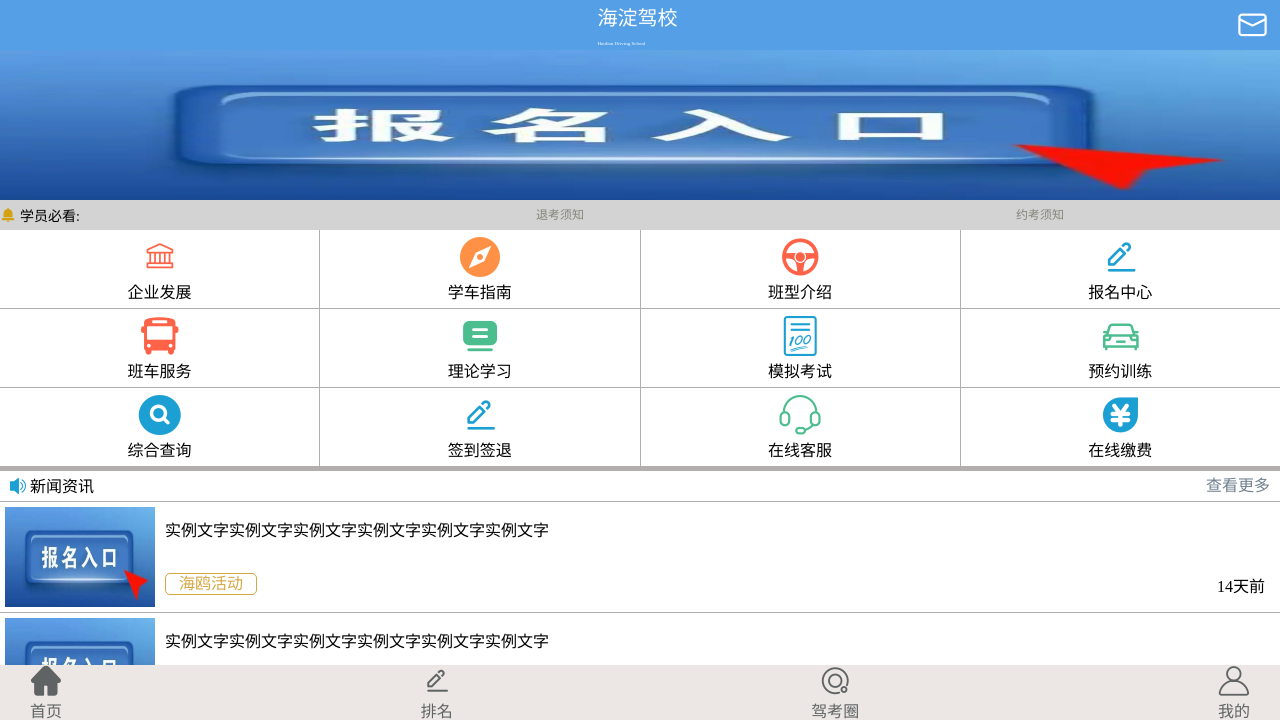
Repository: A1LExX/H5_study_set
Page: day15/作业/海淀驾校/驾校.html
These files come from the project's save history. The page is drawn as it stood at one moment and after the next save; the edit follows.
The browser window is 1280 px wide. The pictures show the whole page.
An inner scrolling area shows only its first screen. Some web fonts or font styles are not loaded; a fallback is used.

Above is the page before, as saved 2021-07-12 16:06:09.

### day15/作业/海淀驾校/驾校.html
<!DOCTYPE html>
<html lang="en">

<head>
    <meta charset="UTF-8">
    <meta http-equiv="X-UA-Compatible" content="IE=edge">
    <meta name="viewport" content="width=device-width, initial-scale=1.0">
    <!-- 引入当前页面的图标 -->
    <link rel="stylesheet" href="./css/iconfont.css">
    <!-- 引入当前页面样式表 -->
    <link rel="stylesheet" href="./css/jiaxiao.css">
    <!-- 引入移动端自适应js -->
    <script src="./js/rem.js"></script>
    <title>Document</title>
    <style>
        /* 字体引入 */
        @font-face {
            font-family: 'webfont';
            font-display: swap;
            src: url('./fonts/Muyao-Softbrush.ttf')
                /* chrome、firefox、opera、Safari, Android, iOS 4.2+*/
        }

        .web-font {
            font-family: "webfont" !important;
            font-size: 0.2rem;
            color: white;
            font-style: normal;
            -webkit-font-smoothing: antialiased;
            -moz-osx-font-smoothing: grayscale;
        }
    </style>
</head>

<body>
    <!-- 外部盒子 -->
    <div id="outside">
        <!-- 顶部页眉 -->
        <div id="top">
            <div></div>
            <div class="title">
                <span class="web-font b">海淀驾校</span>
                <span class="fontColorTiltle">Haidian Driving School</span>
            </div>
            <div class="message"><span class="iconfont icon-youxiang white"></span></div>
        </div>
        <!-- 中间内容 -->
        <div id="mid">
            <div class="banner"><img src="./images/banner.webp" alt=""></div>
            <div class="tips">
                <div class="tipsLeft">
                    <span class="iconfont icon-lingdang"></span>
                    <span class="fontH">学员必看:</span>
                </div>
                <div class="tipsRight">
                    <div>退考须知</div>
                    <div>约考须知</div>
                </div>
            </div>
            <div class="nav">
                <div class="line">
                    <div>
                        <span class="icon iconfont icon-zhengfu-01"></span>
                        <span class="navFont">企业发展</span>
                    </div>
                    <div>
                        <span class="icon iconfont icon-zhinanzhen"></span>
                        <span class="navFont">学车指南</span>
                    </div>
                    <div>
                        <span class="icon iconfont icon-fangxiangpan1"></span>
                        <span class="navFont">班型介绍</span>
                    </div>
                    <div>
                        <span class="icon iconfont icon-shuxie"></span>
                        <span class="navFont">报名中心</span>
                    </div>
                </div>
                <div class="line">
                    <div>
                        <span class="icon iconfont icon-gongjiaoche"></span>
                        <span class="navFont">班车服务</span>
                    </div>
                    <div>
                        <span class="icon iconfont icon-diannao"></span>
                        <span class="navFont">理论学习</span>
                    </div>
                    <div>
                        <span class="icon iconfont icon-kaoshi"></span>
                        <span class="navFont">模拟考试</span>
                    </div>
                    <div>
                        <span class="icon iconfont icon-qiche"></span>
                        <span class="navFont">预约训练</span>
                    </div>
                </div>
                <div class="line">
                    <div>
                        <span class="icon iconfont icon-sousuo"></span>
                        <span class="navFont">综合查询</span>
                    </div>
                    <div>
                        <span class="icon iconfont icon-shuxie"></span>
                        <span class="navFont">签到签退</span>
                    </div>
                    <div>
                        <span class="icon iconfont icon-kefu"></span>
                        <span class="navFont">在线客服</span>
                    </div>
                    <div>
                        <span class="icon iconfont icon-jiaofei"></span>
                        <span class="navFont">在线缴费</span>
                    </div>
                </div>
            </div>
            <div class="tipsDown">
                <div class="tipsDownLeft">
                    <span class="iconfont icon-tongzhi"></span>
                    <span class="fontDownH">新闻资讯</span>
                </div>
                <div class="tipsDownRight">
                    <div>查看更多</div>
                </div>


            </div>
            <div class="news">
                <div class="lineNews">
                    <div class="newsImg"><img src="./images/banner.webp" alt=""></div>
                    <div class="newsWord">
                        <div class="newsTitle">实例文字实例文字实例文字实例文字实例文字实例文字</div>
                        <div class="tags">
                            <div>海鸥活动</div>
                            <div>14天前</div>
                        </div>
                    </div>
                </div>
                <div class="lineNews">
                    <div class="newsImg"><img src="./images/banner.webp" alt=""></div>
                    <div class="newsWord">
                        <div class="newsTitle">实例文字实例文字实例文字实例文字实例文字实例文字</div>
                        <div class="tags">
                            <div>海鸥活动</div>
                            <div>14天前</div>
                        </div>
                    </div>
                </div>
                <div class="lineNews">
                    <div class="newsImg"><img src="./images/banner.webp" alt=""></div>
                    <div class="newsWord">
                        <div class="newsTitle">实例文字实例文字实例文字实例文字实例文字实例文字</div>
                        <div class="tags">
                            <div>海鸥活动</div>
                            <div>14天前</div>
                        </div>
                    </div>
                </div>
                <div class="lineNews">
                    <div class="newsImg"><img src="./images/banner.webp" alt=""></div>
                    <div class="newsWord">
                        <div class="newsTitle">实例文字实例文字实例文字实例文字实例文字实例文字</div>
                        <div class="tags">
                            <div>海鸥活动</div>
                            <div>14天前</div>
                        </div>
                    </div>
                </div>
                <div class="lineNews">
                    <div class="newsImg"><img src="./images/banner.webp" alt=""></div>
                    <div class="newsWord">
                        <div class="newsTitle">实例文字实例文字实例文字实例文字实例文字实例文字</div>
                        <div class="tags">
                            <div>海鸥活动</div>
                            <div>14天前</div>
                        </div>
                    </div>
                </div>
                <div class="lineNews">
                    <div class="newsImg"><img src="./images/banner.webp" alt=""></div>
                    <div class="newsWord">
                        <div class="newsTitle">实例文字实例文字实例文字实例文字实例文字实例文字</div>
                        <div class="tags">
                            <div>海鸥活动</div>
                            <div>14天前</div>
                        </div>
                    </div>
                </div>
                <div class="lineNews">
                    <div class="newsImg"><img src="./images/banner.webp" alt=""></div>
                    <div class="newsWord">
                        <div class="newsTitle">实例文字实例文字实例文字实例文字实例文字实例文字</div>
                        <div class="tags">
                            <div>海鸥活动</div>
                            <div>14天前</div>
                        </div>
                    </div>
                </div>
                <div class="lineNews">
                    <div class="newsImg"><img src="./images/banner.webp" alt=""></div>
                    <div class="newsWord">
                        <div class="newsTitle">实例文字实例文字实例文字实例文字实例文字实例文字</div>
                        <div class="tags">
                            <div>海鸥活动</div>
                            <div>14天前</div>
                        </div>
                    </div>
                </div>
            </div>
        </div>
        <!-- 底部菜单 -->
        <div id="footer">
            <div class="bi">
                <span class="iconfont icon-shouye c1"></span>
                <span>首页</span>
            </div>
            <div class="bi">
                <span class="iconfont icon-shuxie c1"></span>
                <span>排名</span>
            </div>
            <div class="bi">
                <span class="iconfont icon-quanzi c1"></span>
                <span>驾考圈</span>
            </div>
            <div class="bi">
                <span class="iconfont icon-wode c1"></span>
                <span>我的</span>
            </div>
        </div>
    </div>

</body>

</html>

### day15/作业/海淀驾校/css/iconfont.css
@font-face {
  font-family: "iconfont"; /* Project id  */
  src: url('iconfont.ttf?t=1625998650876') format('truetype');
}

.iconfont {
  font-family: "iconfont" !important;
  font-size: 16px;
  font-style: normal;
  -webkit-font-smoothing: antialiased;
  -moz-osx-font-smoothing: grayscale;
}

.icon-fangxiangpan1:before {
  content: "\e649";
}

.icon-gongjiaoche:before {
  content: "\e74e";
}

.icon-jiaofei:before {
  content: "\e64e";
}

.icon-diannao:before {
  content: "\e630";
}

.icon-youxiang:before {
  content: "\e65e";
}

.icon-kefu:before {
  content: "\e601";
}

.icon-qiche:before {
  content: "\ec6d";
}

.icon-qiandao:before {
  content: "\e6e5";
}

.icon-zhinanzhen:before {
  content: "\e88c";
}

.icon-shuxie:before {
  content: "\e638";
}

.icon-tongzhi:before {
  content: "\e6dc";
}

.icon-quanzi:before {
  content: "\e7b3";
}

.icon-sousuo:before {
  content: "\e653";
}

.icon-zhengfu-01:before {
  content: "\e616";
}

.icon-wode:before {
  content: "\e6d9";
}

.icon-lingdang:before {
  content: "\e613";
}

.icon-shouye:before {
  content: "\e503";
}

.icon-kaoshi:before {
  content: "\e622";
}

### day15/作业/海淀驾校/css/jiaxiao.css
*{
    padding: 0;
    margin: 0;
}

body,html{
    width: 100%;
    height: 100%;
}

/* 强制换行 */
.fontColorTiltle{
    font-size: 0.05rem;
    color: white;
}

.b{
    text-align-last: justify;
    text-align: justify;
    display: block;
    font-size: 0.16rem;
}

/* 白色 */
.white{
    color: white;
    font-size: 0.35rem;
    margin-right: 0.1rem;
}

/* 外部盒子 */
#outside{
    display: flex;
    height: 100%;
    flex-direction: column;
}

/* 弹性整体布局 */
#top{
    height: 0.5rem;
    background-color: #549fe6;
    display: flex;
    justify-content: space-between;
}

.title{
    font-size: 0.16rem;
    margin-left: 0.4rem;
    align-self: center;
}

.message{
    font-size: 0.16rem;
    align-self: center;
    /* flex: 1; */
    /* align-content: flex-end; */
}

#mid{
    flex: 1;
    overflow: auto;
}

#mid .banner{
    width: 100%;
    height: 1.5rem;
}

#mid .banner img{
    width: 100%;
    height: 100%;
}

#mid .tips{
    height: 0.3rem;
    background-color: #d3d3d3;
    line-height: 0.3rem;
    display: flex;
    justify-content: space-evenly;
}

.fontH{
    font-size: 0.14rem;
}

.tipsLeft{
    width: 25%;
    text-align: left;
}

.tipsRight{
    width: 75%;
    display: inline-flex;
    /* display: flex; */
    justify-content: space-around;
    text-align: center;
    color: rgb(133, 133, 123);
    font-size: 0.12rem;
}
.tipsRight div{
    flex: 1;
}

#mid .tips .icon-lingdang{
    color: rgb(212, 161, 18);
}

.nav{
    display: flex;
    flex-direction: column;
    justify-content: space-evenly;
    background-color: rgb(179, 174, 174);
}

.line{
    display: flex;
    justify-content: space-evenly;
}

.line div{
    margin-right: 0.01rem;
    margin-bottom: 0.01rem;
    background-color: white;
    flex: 1;
    padding: 0.05rem;
    text-align: center;
}

.line div:hover{
    background-color: rosybrown;
}

.icon{
    font-size: 0.4rem;
    text-align: center;
}

.line div:last-child{
    margin-right: 0rem;
}

.line:last-child div{
    margin-bottom: 0.05rem;
}

.navFont{
    display: block;
}

.icon-zhengfu-01{
    color: tomato;
}

.icon-zhinanzhen{
    color: rgb(255, 145, 71);
}

.icon-fangxiangpan1 ,.icon-gongjiaoche ,.icon-shuxie{
    color:tomato;
}

.icon-shuxie, .icon-kaoshi ,.icon-sousuo ,.icon-jiaofei{
    color: rgb(28, 160, 212);
}

.icon-diannao ,.icon-qiche ,.icon-kefu{
    color: rgb(76, 189, 142);
}

.tipsDown{
    display: flex;
    justify-content: space-between;
    height: 0.3rem;
    line-height: 0.3rem;
    border-bottom: 0.01rem solid rgb(179, 174, 174) ;
}

.icon-tongzhi{
    color: rgb(28, 160, 212);
}

.tipsDownLeft{
    margin-left: 0.1rem;
}

.tipsDownRight{
    margin-right: 0.1rem;
    color: slategray;
}

.news{
    display: flex;
    flex-direction: column;
}

.lineNews{
    display: flex;
    padding: 0.05rem;
    border-bottom: 0.01rem solid rgb(179, 174, 174);
    height: 1rem;
    justify-content: space-between;
}

.news .lineNews:last-child{
    border-bottom: 0rem;
}

.newsImg{
    height: 1rem;
    width: 1.5rem;
}
.newsImg img{
    width: 100%;
    height: 100%;
}

.newsWord{
    flex: 75%;
    padding: 0.1rem;
    display: flex;
    flex-direction: column;
    justify-content: space-between;
}

.newsTitle{
    font-size: 0.16rem;
}

.tags{
    display: flex;
    justify-content: space-between;
}

.tags div:first-child{
    width: 0.9rem;
    height: 0.2rem;
    border-radius: 0.05rem;
    border: 0.01rem solid #d4a744;
    color: #d4a744;
    line-height: 0.2rem;
    text-align: center;
}

#footer{
    height: 0.55rem;
    background-color: rgb(236, 231, 229);
    display: flex;
    justify-content: space-between;
}

.bi:first-child{
    margin-left: 0.3rem;
}

.bi:last-child{
    margin-right: 0.3rem;
}

.c1{
    color: rgb(95, 99, 99);
    text-align: center;
    font-size: 0.3rem;
}

.bi{
    color: rgb(95, 99, 99);
    text-align: center;
}

.bi span:last-child{
    display: block;
}

### day15/作业/海淀驾校/js/rem.js
//designWidth:设计稿的实际宽度值，需要根据实际设置
//maxWidth:制作稿的最大宽度值，需要根据实际设置
//这段js的最后面有两个参数记得要设置，一个为设计稿实际宽度，一个为制作稿最大宽度，例如设计稿为750，最大宽度为750，则为(750,750)
;(function(designWidth, maxWidth) {
	var doc = document,
	win = window,
	docEl = doc.documentElement,
	remStyle = document.createElement("style"),
	tid;

	function refreshRem() {
		var width = docEl.getBoundingClientRect().width;
		maxWidth = maxWidth || 540;
		width>maxWidth && (width=maxWidth);
		//屏幕宽度 * 100 / 设计稿宽度
		var rem = width * 100 / designWidth;
		remStyle.innerHTML = 'html{font-size:' + rem + 'px;}';
	}

	if (docEl.firstElementChild) {
		docEl.firstElementChild.appendChild(remStyle);
	} else {
		var wrap = doc.createElement("div");
		wrap.appendChild(remStyle);
		doc.write(wrap.innerHTML);
		wrap = null;
	}
	//要等 wiewport 设置好后才能执行 refreshRem，不然 refreshRem 会执行2次；
	refreshRem();

	win.addEventListener("resize", function() {
		clearTimeout(tid); //防止执行两次
		tid = setTimeout(refreshRem, 300);
	}, false);

	win.addEventListener("pageshow", function(e) {
		if (e.persisted) { // 浏览器后退的时候重新计算
			clearTimeout(tid);
			tid = setTimeout(refreshRem, 300);
		}
	}, false);

	if (doc.readyState === "complete") {
		doc.body.style.fontSize = "16px";
	} else {
		doc.addEventListener("DOMContentLoaded", function(e) {
			doc.body.style.fontSize = "16px";
		}, false);
	}
})(750, 750);

After the next save:
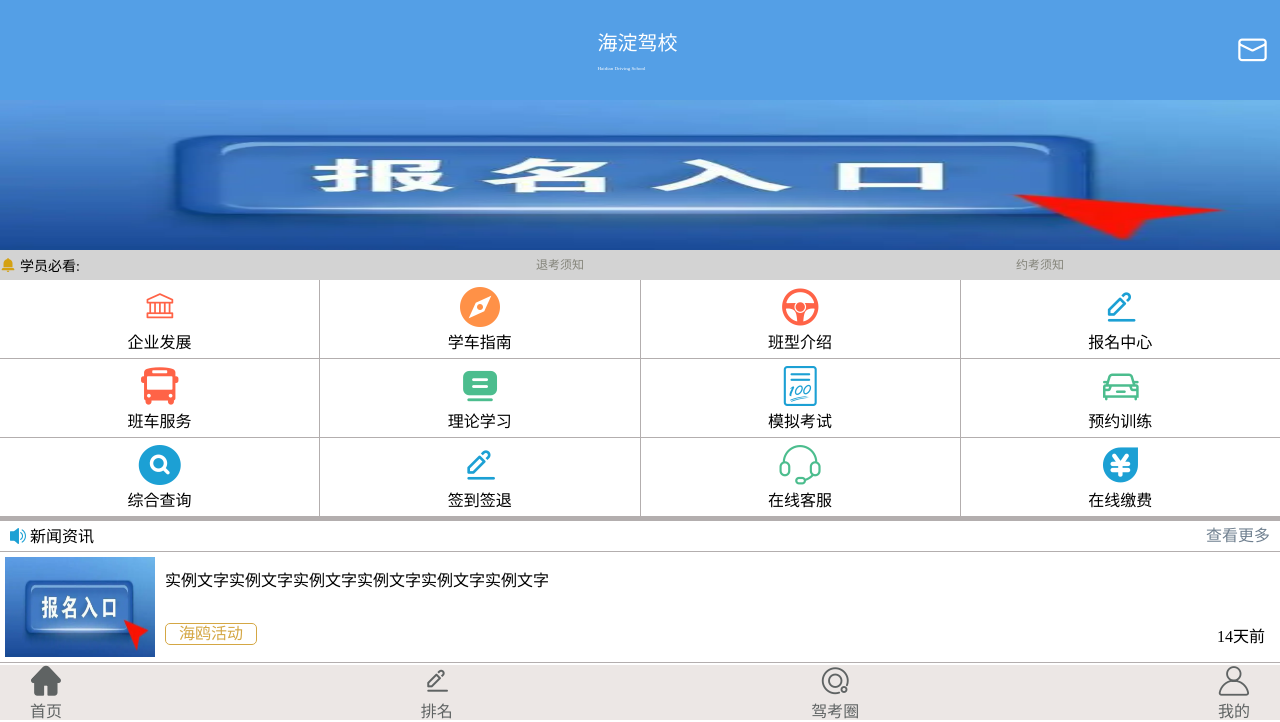
Saved 63 s later.
--- a/day15/作业/海淀驾校/css/jiaxiao.css
+++ b/day15/作业/海淀驾校/css/jiaxiao.css
@@ -37,7 +37,7 @@ body,html{
 
 /* 弹性整体布局 */
 #top{
-    height: 0.5rem;
+    height: 1rem;
     background-color: #549fe6;
     display: flex;
     justify-content: space-between;
